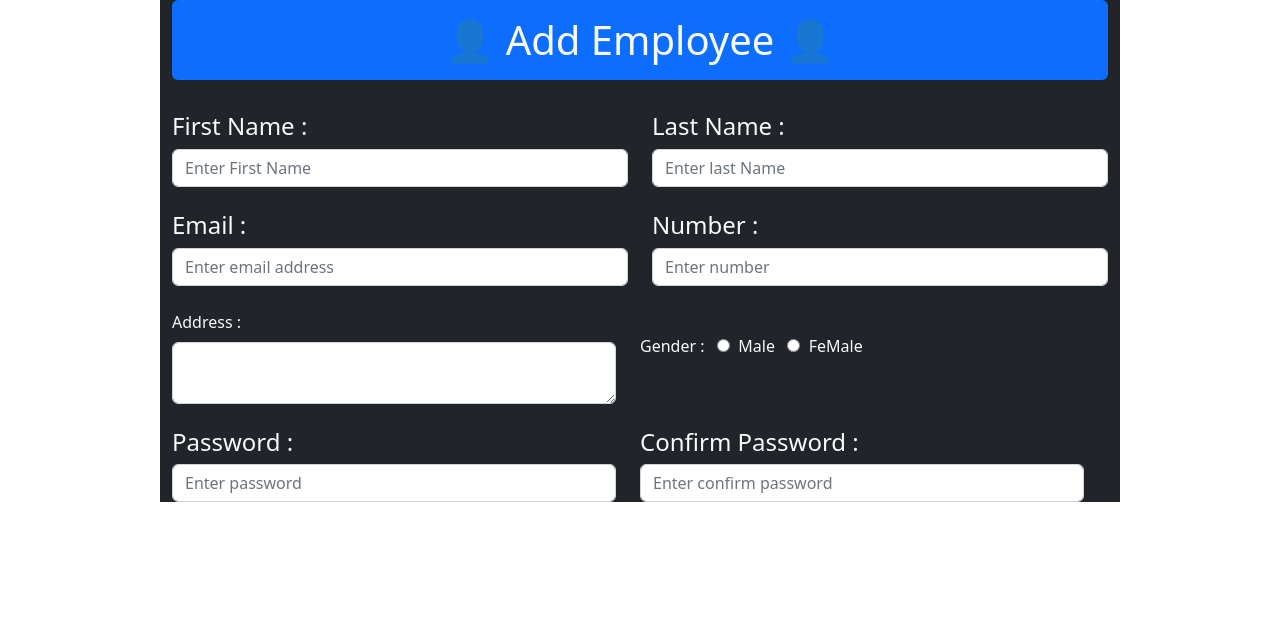
Repository: Rahulkathiriya/java-assignment-and-assesment
Page: http://localhost/web007_assesment_employee_Management_System/addEmployee.jsp
An editor plug-in stored every save of this project. The page is shown before and after the next save, followed by the edit.
The browser window is 1280 px wide. The pictures show the whole page.
The page is served by Tomcat 9. Other server files are loaded and not shown.

Above is the page before, as saved 2022-11-17 15:46:33.

### web007_assesment_employee_Management_System/src/main/webapp/addEmployee.jsp
<%@ page language="java" contentType="text/html; charset=UTF-8"
	pageEncoding="UTF-8"%>
<!DOCTYPE html>
<html>
<head>
<!-- CSS only -->
<link
	href="https://cdn.jsdelivr.net/npm/bootstrap@5.2.0/dist/css/bootstrap.min.css"
	rel="stylesheet"
	integrity="sha384-gH2yIJqKdNHPEq0n4Mqa/HGKIhSkIHeL5AyhkYV8i59U5AR6csBvApHHNl/vI1Bx"
	crossorigin="anonymous">
<!-- <-- JavaScript Bundle with Popper -->
<script
	src="https://cdn.jsdelivr.net/npm/bootstrap@5.2.0/dist/js/bootstrap.bundle.min.js"
	integrity="sha384-A3rJD856KowSb7dwlZdYEkO39Gagi7vIsF0jrRAoQmDKKtQBHUuLZ9AsSv4jD4Xa"
	crossorigin="anonymous"></script>

<!--  	j-Queary cdn -->
<script
	src="https://cdnjs.cloudflare.com/ajax/libs/jquery/3.6.1/jquery.min.js"
	integrity="sha512-aVKKRRi/Q/YV+4mjoKBsE4x3H+BkegoM/em46NNlCqNTmUYADjBbeNefNxYV7giUp0VxICtqdrbqU7iVaeZNXA=="
	crossorigin="anonymous" referrerpolicy="no-referrer"></script>
<meta charset="UTF-8">
<title>add Employee</title>
<style type="text/css">
.form-control:focus {
	border-color: none !important;
	box-shadow: none !important;
}
</style>
</head>
<body>

	<div class="container bg-dark text-light m-auto w-75">
		<div class="h1 text-center bg-primary rounded p-3">👤 Add Employee 👤</div>
		<br>
		<div class="row">
			<div class="col col-sm-12 col-md-6 col-lg-6">
				<label class=" h4 form-label" for="fname">First Name :</label> <input
					type="text" id="fname" name="fname" class="form-control"
					placeholder="Enter First Name">
			</div>
			<div class="col col-sm-12 col-md-6 col-lg-6">
				<label class=" h4 form-label" for="lname">Last Name :</label> <input
					type="text" id="lname" name="lname" class="form-control"
					placeholder="Enter last Name">
			</div>
		</div>
		<br>
		<div class="row">
			<div class="col col-sm-12 col-md-6 col-lg-6">
				<label class=" h4 form-label" for="email">Email :</label> <input
					type="email" id="email" name="email" class="form-control"
					placeholder="Enter email address">
			</div>
			<div class="col col-sm-12 col-md-6 col-lg-6">
				<label class=" h4 form-label" for="number">Number :</label> <input
					type="text" id="number" name="number" class="form-control"
					placeholder="Enter number">
			</div>

			<div class="row mt-4">
				<div class="col col-sm-12 col-md-6 col-lg-6">
					<label class="form-label">Address : </label>
					<textarea rows="" cols="" class="form-control" id="address"></textarea>
				</div>
				<div class="col col-sm-12 col-md-6 col-lg-6 mt-4">
					<label class="form-label" for="gender">Gender :</label> &nbsp; <input
						type="radio" name="gender" value="male"> &nbsp;Male &nbsp;
					<input type="radio" name="gender" value="male">
					&nbsp;FeMale
				</div>
			</div>
			<div class="row mt-4">
				<div class="col col-sm-12 col-md-6 col-lg-6">
					<label class=" h4 form-label" for="password">Password :</label> <input
						type="text" id="password" name="password" class="form-control"
						placeholder="Enter password">
				</div>
				<div class="col col-sm-12 col-md-6 col-lg-6">
					<label class=" h4 form-label" for="conpass">Confirm
						Password :</label> <input type="text" id="conpass" name="conpass"
						class="form-control" placeholder="Enter confirm password">
				</div>
			</div>
		</div>



	</div>

















</body>
</html>

After the next save:
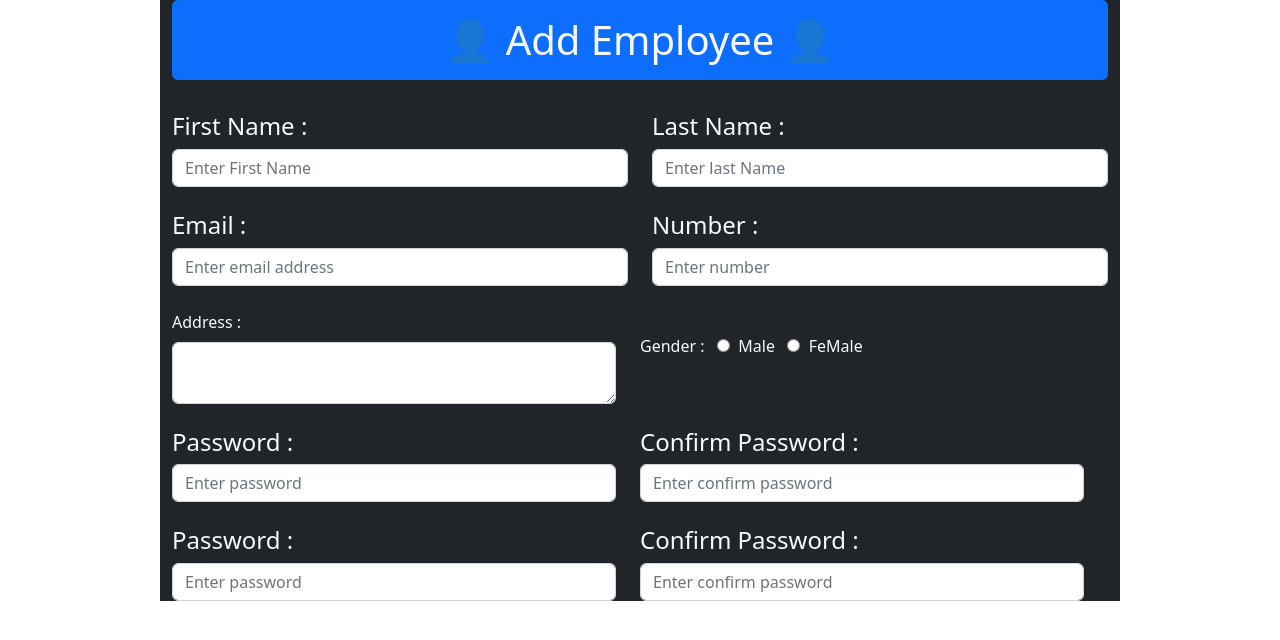
Saved 61 s later.
--- a/web007_assesment_employee_Management_System/src/main/webapp/addEmployee.jsp
+++ b/web007_assesment_employee_Management_System/src/main/webapp/addEmployee.jsp
@@ -32,7 +32,8 @@
 <body>
 
 	<div class="container bg-dark text-light m-auto w-75">
-		<div class="h1 text-center bg-primary rounded p-3">👤 Add Employee 👤</div>
+		<div class="h1 text-center bg-primary rounded p-3">👤 Add
+			Employee 👤</div>
 		<br>
 		<div class="row">
 			<div class="col col-sm-12 col-md-6 col-lg-6">
@@ -83,6 +84,18 @@
 						class="form-control" placeholder="Enter confirm password">
 				</div>
 			</div>
+			<div class="row mt-4">
+				<div class="col col-sm-12 col-md-6 col-lg-6">
+					<label class=" h4 form-label" for="password">Password :</label> <input
+						type="text" id="password" name="password" class="form-control"
+						placeholder="Enter password">
+				</div>
+				<div class="col col-sm-12 col-md-6 col-lg-6">
+					<label class=" h4 form-label" for="conpass">Confirm
+						Password :</label> <input type="text" id="conpass" name="conpass"
+						class="form-control" placeholder="Enter confirm password">
+				</div>
+			</div>
 		</div>
 
 
